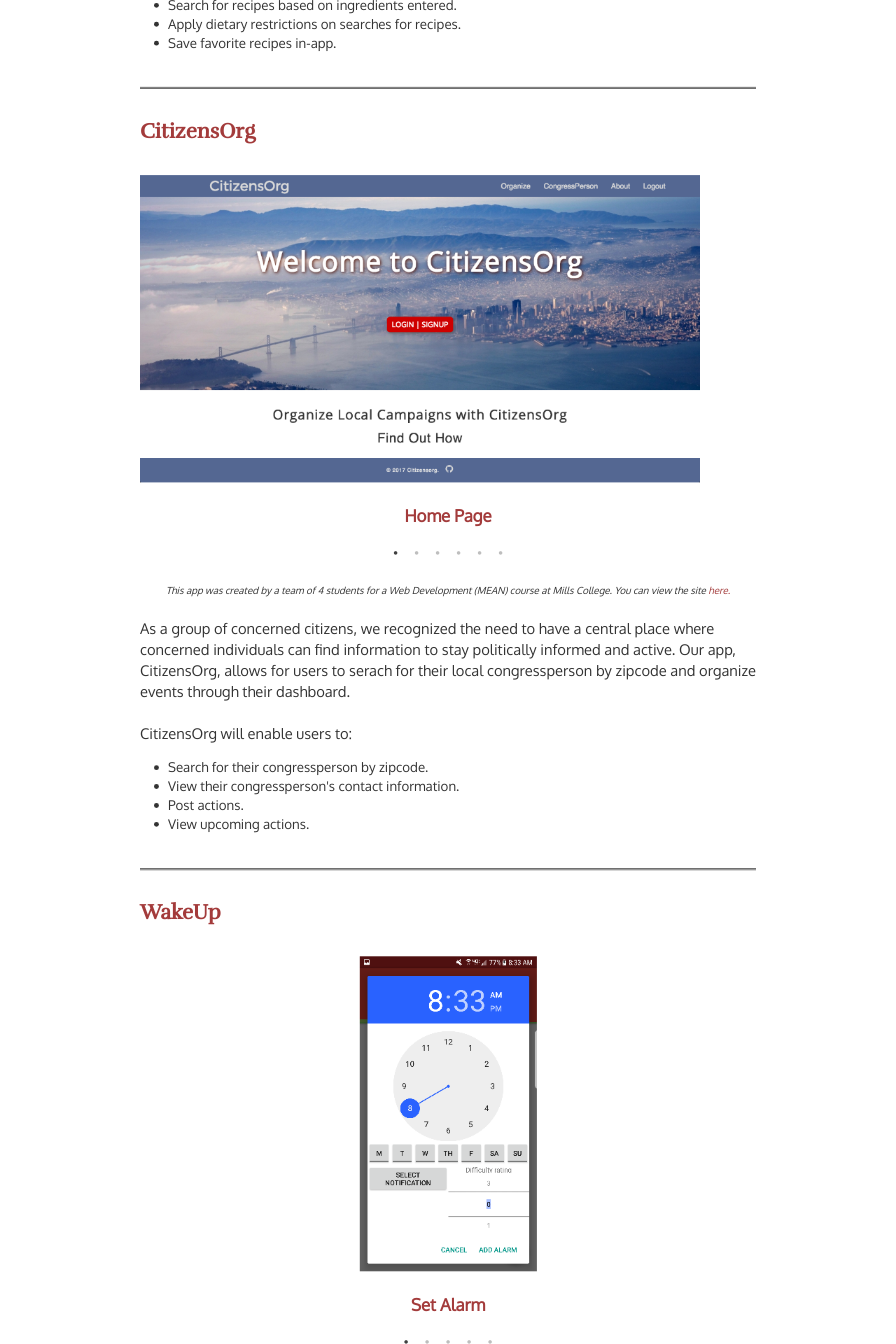
Repository: glorianetran/gloriane-web
Page: http://localhost/projects
The author's editor kept a record of every edit. The page is drawn from the files as they stood at one moment, then again after the next edit.
The browser window is 1280 px wide. The pictures show the part of the page from y = 1423 to 3343 px (the page is 3987 px tall before and 4031 px after), at 70% of full size.
Some web libraries are served in a nearby version. The page is served by the project's Node server (app.js). Other server files are loaded and not shown.

Above is the page before.

### app_server/views/projects.ejs
<!DOCTYPE html>
<html lang="en">
    <head>

        <% include partials/head.ejs %>

        <link href="/stylesheets/project.css" rel="stylesheet" type="text/css">

        <!--CSS for Slick-->
        <link href="/stylesheets/slick/slick.css" rel="stylesheet" type="text/css">
        <link href="/stylesheets/slick/slick-theme.css" rel="stylesheet" type="text/css">

        <!--Javascript for Slick-->
        <script type="text/javascript" src="/javascript/slick.min.js"></script>

        <!--Slick Slider JQuery-->
        <script>
            $(document).ready(function(){
                $('.slider').slick({
                  dots: true,
                  arrows: true
                });


                $('.slider2').slick({
                  dots: true,
                  arrows: true,
                });
            });
        </script>
	</head>

    <body>
        <% include partials/nav%>

        <div class="jumbotron">
            <h2 class="text-center rufina">Projects</h2>
            <strong><hr class="style"></strong>
        </div>

        <div class="container">
            <div class="margin">

                <!--FindEatFood-->
                <div class="container">
                    <a href="https://github.com/ruellia/FindEatFood" target="_blank" class="projects-header rufina">FindEatFood</a>
                    <br>
                    <br>
                    <br>
                    <div class="slider">
                        <div>
                            <img class="image-center" src="/images/findeatfood/home.png">
                            <h3 class="slide_caption text-center oxygen">Home Page</h3>
                        </div>

                        <div>
                            <img class="image-center" src="/images/findeatfood/recipesearch.png">
                            <h3 class="slide_caption text-center oxygen">Recipe Search Page</h3>
                        </div>

                        <div>
                            <img class="image-center" src="/images/findeatfood/dietary.png">
                            <h3 class="slide_caption text-center oxygen">Dietary Restrictions Page</h3>
                        </div>

                        <div>
                            <img class="image-center" src="/images/findeatfood/recipeslist.png">
                            <h3 class="slide_caption text-center oxygen">Recipe Search Results</h3>
                        </div>

                        <div>
                            <img class="image-center"  src="/images/findeatfood/reciperesult.png">
                            <h3 class="slide_caption text-center oxygen">Recipe Detail Page</h3>
                        </div>

                        <div>
                            <img class="image-center"  src="/images/findeatfood/favorites.png">
                            <h3 class="slide_caption text-center oxygen">Favorites Page</h3>
                        </div>
                     </div><!--end .slider-->

                    <br>
                    <div class="text-center"><h5><i class="oxygen">This app was created by a team of 5 students for
                    a Mobile App Development (Android) course at Mills College. </i></h5></div>
                    <br>
                    <div class="projects-text oxygen">
                    Everyday, thousands of pounds of food get wasted and thrown away.
                    Through wasting food, every year consumers experience a significant lost in their wages.
                    Our app, FindEatFood, allows for users to search for recipes based on ingredients they list.
                    By doing so, our app aims to limit down the amount of waste consumers produce while saving them money.
                    <br><br>
                    FindEatFood will enable users to:
                    </div>
                    <br>
                    <div class="projects-text-small oxygen">
                        <ul>
                            <li>Search for recipes based on ingredients entered.</li>
                            <li>Apply dietary restrictions on searches for recipes.</li>
                            <li>Save favorite recipes in-app.</li>
                        </ul>
                    </div>
                </div><!--end inner .container-->

                <br>
                <hr class="style-2">
                <br>

                <!--CitizensOrg-->
                <div class="container">
                    <a href="https://github.com/glorianetran/citizensorg" target="_blank" class="projects-header rufina">CitizensOrg</a>
                    <br>
                    <br>
                    <br>
                    <div class="slider2">
                        <div>
                            <img class="image-center-2" src="/images/citizensorg/home_copy.png">
                            <h3 class="slide_caption text-center oxygen">Home Page</h3>
                        </div>

                        <div>
                            <img class="image-center-2" src="/images/citizensorg/login.png">
                            <h3 class="slide_caption text-center oxygen">Signup/Login Page</h3>
                        </div>

                        <div>
                            <img class="image-center-2" src="/images/citizensorg/dashboard.png">
                            <h3 class="slide_caption text-center oxygen">Dashboard</h3>
                        </div>

                        <div>
                            <img class="image-center-2" src="/images/citizensorg/upcomingActions.png">
                            <h3 class="slide_caption text-center oxygen">Upcoming Actions Page</h3>
                        </div>

                        <div>
                            <img class="image-center-2" src="/images/citizensorg/findCongress.png">
                            <h3 class="slide_caption text-center oxygen">Congressperson Search Page</h3>
                        </div>

                        <div>
                            <img class="image-center-2" src="/images/citizensorg/congress_results.png">
                            <h3 class="slide_caption text-center oxygen">Congressperson Results Page</h3>
                        </div>
                    </div><!--end .slider-->

                    <br>
                    <div class="text-center"><h5><i class="oxygen">This app was created by a team of 4 students for
                    a Web Development (MEAN) course at Mills College. You can view the site
                    <a href="http://citizensorg.herokuapp.com/" target="_blank">here.</a></i></h5></div>
                    <br>
                    <div class="projects-text oxygen">
                    As a group of concerned citizens, we recognized the need to have a central place
                    where concerned individuals can find information to stay politically informed and active.
                    Our app, CitizensOrg, allows for users to serach for their local congressperson by zipcode and
                    organize events through their dashboard.
                    <br><br>
                    CitizensOrg will enable users to:
                    </div>
                    <br>
                    <div class="projects-text-small oxygen">
                        <ul>
                            <li>Search for their congressperson by zipcode.</li>
                            <li>View their congressperson's contact information.</li>
                            <li>Post actions.</li>
                            <li>View upcoming actions.</li>
                        </ul>
                    </div>
                </div><!--end inner .container-->

                <br>
                <hr class="style-2">
                <br>

                <!--Wake Up-->
                <div class="container">
                    <a href="https://github.com/memobelt/WakeUp" target="_blank" class="projects-header rufina">WakeUp</a>
                    <br>
                    <br>
                    <br>
                    <div class="slider">
                        <div>
                            <img class="image-center" src="/images/wakeup/alarm.png">
                            <h3 class="slide_caption text-center oxygen">Set Alarm</h3>
                        </div>

                        <div>
                            <img class="image-center" src="/images/wakeup/alarm_list.png">
                            <h3 class="slide_caption text-center oxygen">Alarm List</h3>
                        </div>

                        <div>
                            <img class="image-center" src="/images/wakeup/equation.png">
                            <h3 class="slide_caption text-center oxygen">Alarm Equation</h3>
                        </div>

                        <div>
                            <img class="image-center" src="/images/wakeup/stopwatch.png">
                            <h3 class="slide_caption text-center oxygen">Stopwatch</h3>
                        </div>

                        <div>
                            <img class="image-center" src="/images/wakeup/timer.png">
                            <h3 class="slide_caption text-center oxygen">Timer</h3>
                        </div>
                    </div><!--end .slider-->

                    <br>
                    <div class="text-center"><h5><i class="oxygen">This app was created by a team of 2 students for
                    a Mobile App Development (Android) course at Aquincum Institute of Technology (AIT) in Budapest.</i></h5></div>
                    <br>
                    <div class="projects-text oxygen">
                    Most people will set an alarm everyday but still wake up late. This is
                    partially because of the snooze option. WakeUp is alarm app that
                    turns off ONLY if you solve an equation. Our app also includes a timer and stopwatch,
                    similar to Android's native alarm app.
                    <br><br>
                    WakeUp will enable users to:
                    </div>
                    <br>
                    <div class="projects-text-small oxygen">
                        <ul>
                            <li>Set an alarm.</li>
                            <li>Set the alarm equation difficulty on a scale of 0 to 3.</li>
                            <li>Change alarm notification sounds.</li>
                            <li>Use a stopwatch with lap capabilities.</li>
                            <li>Set a timer.</li>
                        </ul>
                    </div>
                </div><!--end inner .container-->

            </div><!--end .margin -->
        </div><!--end outer .container-->
	</body>

	<% include partials/footer%>

</html>

### app_server/views/partials/head.ejs
<meta charset="utf-8">
<meta http-equiv="X-UA-Compatible" content="IE=edge">
<meta name="viewport" content="width=device-width, initial-scale=1">
<meta name="description" content="Gloriane Tran's personal website with information about her academic work and projects.">
<meta name="author" content="Gloriane Tran">

<!--jQuery-->
<script src="https://ajax.googleapis.com/ajax/libs/jquery/3.2.0/jquery.min.js"></script>

<!--Bootstrap Themes-->
<link rel="stylesheet" href="https://maxcdn.bootstrapcdn.com/bootstrap/3.3.7/css/bootstrap.min.css">
<script src="https://maxcdn.bootstrapcdn.com/bootstrap/3.3.7/js/bootstrap.min.js"></script>

<!--Icons-->
<link href="https://maxcdn.bootstrapcdn.com/font-awesome/4.7.0/css/font-awesome.min.css" rel="stylesheet">

<!--Stylesheets-->
<link href="/stylesheets/footer.css" rel="stylesheet">
<link href="/stylesheets/font.css" rel="stylesheet">
<link href="/stylesheets/nav.css" rel="stylesheet">

<!--Fonts-->
<link href="https://fonts.googleapis.com/css?family=Oxygen|Rufina" rel="stylesheet">

<!--Page Title -->
<title>Gloriane Tran | <%= title %></title>

### app_server/views/partials/nav.ejs
<nav class="navbar navbar-default navbar-fixed-top">
    <div class="container-fluid">
        <div class="navbar-header">
                <button type="button" class="navbar-toggle collapsed" data-toggle="collapse" data-target="#navbar" aria-expanded="false" aria-controls="navbar">
                <span class="icon-bar"></span>
                <span class="icon-bar"></span>
                <span class="icon-bar"></span>
            </button>
            <a class="navbar-brand rufina" href="/">Gloriane Tran</a>
        </div>

        <div class="navbar-collapse collapse" id="navbar">
            <ul class="nav navbar-nav navbar-right rufina">
                <li><a href="/">Home</a></li>
                <li><a href="/about">About</a></li>
                <li><a href="/projects">Projects</a></a></li>
            </ul>
        </div>
    </div>
</nav>

### app_server/views/partials/footer.ejs
<footer>
    <hr>
    <div class="container">
        <div class="text-center">
            <a href="https://www.linkedin.com/in/gloriane-tran-ab8592a7/" target="_blank"><i class="fa fa-linkedin-square fa-3x social"></i></a>
            <a href="https://github.com/glorianetran" target="_blank"><i class="fa fa-github-square fa-3x social"></i></a>
            <a href="mailto:glorianetran@gmail.com"><span class="glyphicon glyphicon-envelope"></span></a>
            <br>
            <br>
            <p class="rufina">Copyright © Gloriane Tran 2017</p>
        </div>
    </div>
</footer>

### app.js
var express = require('express');
var path = require('path');
var favicon = require('serve-favicon');
var logger = require('morgan');
var cookieParser = require('cookie-parser');
var bodyParser = require('body-parser');

var index = require('./app_server/routes/index');
var users = require('./app_server/routes/users');

var app = express();

// view engine setup
app.set('views', path.join(__dirname,'app_server', 'views'));
app.set('view engine', 'ejs');

// uncomment after placing your favicon in /public
//app.use(favicon(path.join(__dirname, 'public', 'favicon.ico')));
app.use(logger('dev'));
app.use(bodyParser.json());
app.use(bodyParser.urlencoded({ extended: false }));
app.use(cookieParser());
app.use(express.static(path.join(__dirname, 'public')));

app.use('/', index);
app.use('/users', users);

// catch 404 and forward to error handler
app.use(function(req, res, next) {
  var err = new Error('Not Found');
  err.status = 404;
  next(err);
});

// error handler
app.use(function(err, req, res, next) {
  // set locals, only providing error in development
  res.locals.message = err.message;
  res.locals.error = req.app.get('env') === 'development' ? err : {};

  // render the error page
  res.status(err.status || 500);
  res.render('error');
});

module.exports = app;

### app_server/controllers/main.js
/* GET home page */
module.exports.index = function(req, res) {
    res.render('index', {
        title: 'Home'
    });
};

/* GET about page. */
module.exports.about = function(req, res) {
    res.render('about', {
        title: 'About'
    });
};

/* GET projects page. */
module.exports.projects = function(req, res) {
    res.render('projects', {
        title: 'Projects'
    });
};

### public/stylesheets/footer.css
footer {
    width: 100%;
    height: 100px;
}


/*Social Media Links*/

.fa-3x {
    font-size: 3em;
    color: #A33B3B;
    margin: auto 5px;
}

.fa-3x:hover {
    color: #333333;
}


/*Link color*/

a {
    color: #A33B3B;
}

a:hover {
    color: #333333;
}

a:focus {
    color: #A33B3B;
}


/*Email Icon*/

span.glyphicon-envelope {
    font-size: 2.5em;
    margin: auto 5px;
}

.glyphicon {
    top: 3px;
}

### public/stylesheets/font.css
.rufina{
    font-family: 'Rufina', serif;
}

.oxygen{
    font-family: 'Oxygen', sans-serif;
}

### public/stylesheets/nav.css
.navbar-default .navbar-brand {
    color: #A33B3B;
    font-size: 18px;
}

.navbar-default .navbar-brand:hover,
.navbar-default .navbar-brand:focus {
    color: #2C2B2B;
}

.navbar-default .navbar-nav>li>a {
    color: #A33B3B;
    font-size: 16px;
}

.navbar-default {
    background-color: RGBA(255, 255, 255, .5);
    border-color: #E7E7E7;
}

.icon-bar {
    background-color: #A33B3B !important;
}

### public/stylesheets/project.css
hr.style {
    border-top: 3px double #000000;
    width: 350px;
    border-color: #A33B3B;
}

hr.style-2 {
    border-top: 3px double #000000;
    width: 100%;
    border-color: #333333;
    text-align: left;
}

.button {
    border-radius: 0px;
    color: #333333;
    font-size: 15px;
    font-weight: 500;
    background: RGBA(255, 255, 255, .2);
    padding: 10px 20px 10px 20px;
    border: solid #333333 2px;
    outline: none !important;
}

.button:hover {
    background: #A33B3B;
    text-decoration: none;
    color: #333333;
}

.jumbotron {
    margin-bottom: 0px;
    padding: 9% 0;
    width: 100%;
    background-image: url("/images/projects.jpg");
    background-size: 100% 100%;
    background-position: 0 0;
    height: 400px;
}

.container {
    width: 100%;
    padding: 0px;
}

.margin {
    margin: 90px 200px;
}

.projects-text {
    font-size: 21px;
}

.projects-text-small {
    font-size: 19px;
}

.projects-header {
    font-weight: bold;
    font-size: 30px;
}


/*slider*/

.slick-prev:before,
.slick-next:before {
    font-family: "Glyphicons Halflings", "slick", sans-serif;
    font-size: 40px;
}

.slick-prev:before {
    content: "\e257";
    color: #333;
}

.slick-next:before {
    content: "\e258";
    color: #333;
}

.slick-prev:after {
    content: "\e257";
    color: #333;
}

.slick-next:after {
    content: "\e258";
    color: #333;
}

.image-center {
    margin: auto;
}

.slide_caption {
    font-weight: bold;
    color: #A33B3B;
    /*background: RGBA(170, 18, 18, .8);*/
    padding: 15px;
}

.slick-dots li button:before {
    font-size: 20px;
    line-height: 20px;
    color: #333333;
}

.slick-dots li button:after {
    font-size: 20px;
    line-height: 20px;
    color: #A33B3B;
}

.slick-dots li.slick-active button:before {
    color: #A33B3B;
}

.slider {
    margin: 0;
}

.slider .slide {
    width: 100%;
    height: 100%;
}


/*Responsive*/

@media (max-width: 1260px) {
    html,
    body {
        width: auto !important;
        overflow-x: hidden !important;
    }
    .slick-prev:before,
    .slick-next:before {
        font-size: 25px;
    }
    .margin {
        margin: 40px 60px;
    }
    .jumbotron {
        padding: 14% 0;
    }
    .button {
        background: #A33B3B;
    }
    .button:hover {
        background: #333333;
        color: #A33B3B;
    }
}

@media (max-width: 970px) {
    html,
    body {
        width: auto !important;
        overflow-x: hidden !important;
    }
    .slick-prev:before,
    .slick-next:before {
        font-size: 0px;
    }
    .margin {
        margin: 30px 30px;
    }
    .jumbotron {
        padding: 18% 0px;
        width: 100%;
    }
    .button {
        background: #A33B3B;
    }
    .button:hover {
        background: #333333;
        color: #A33B3B;
    }
}

@media (max-width: 480px) {
    html,
    body {
        width: auto !important;
        overflow-x: hidden !important;
    }
    .slick-prev:before,
    .slick-next:before {
        font-size: 0px;
    }
    hr.style {
        width: 300px;
    }
    .margin {
        margin: 30px 30px;
    }
    .jumbotron {
        padding: 26% 0;
    }
    .button {
        background: #A33B3B;
    }
    .button:hover {
        background: #333333;
        color: #A33B3B;
    }
}

Loaded but not shown: public/stylesheets/slick/slick.css (common file); public/stylesheets/slick/slick-theme.css (library); public/javascript/slick.min.js (library)

After the next edit:
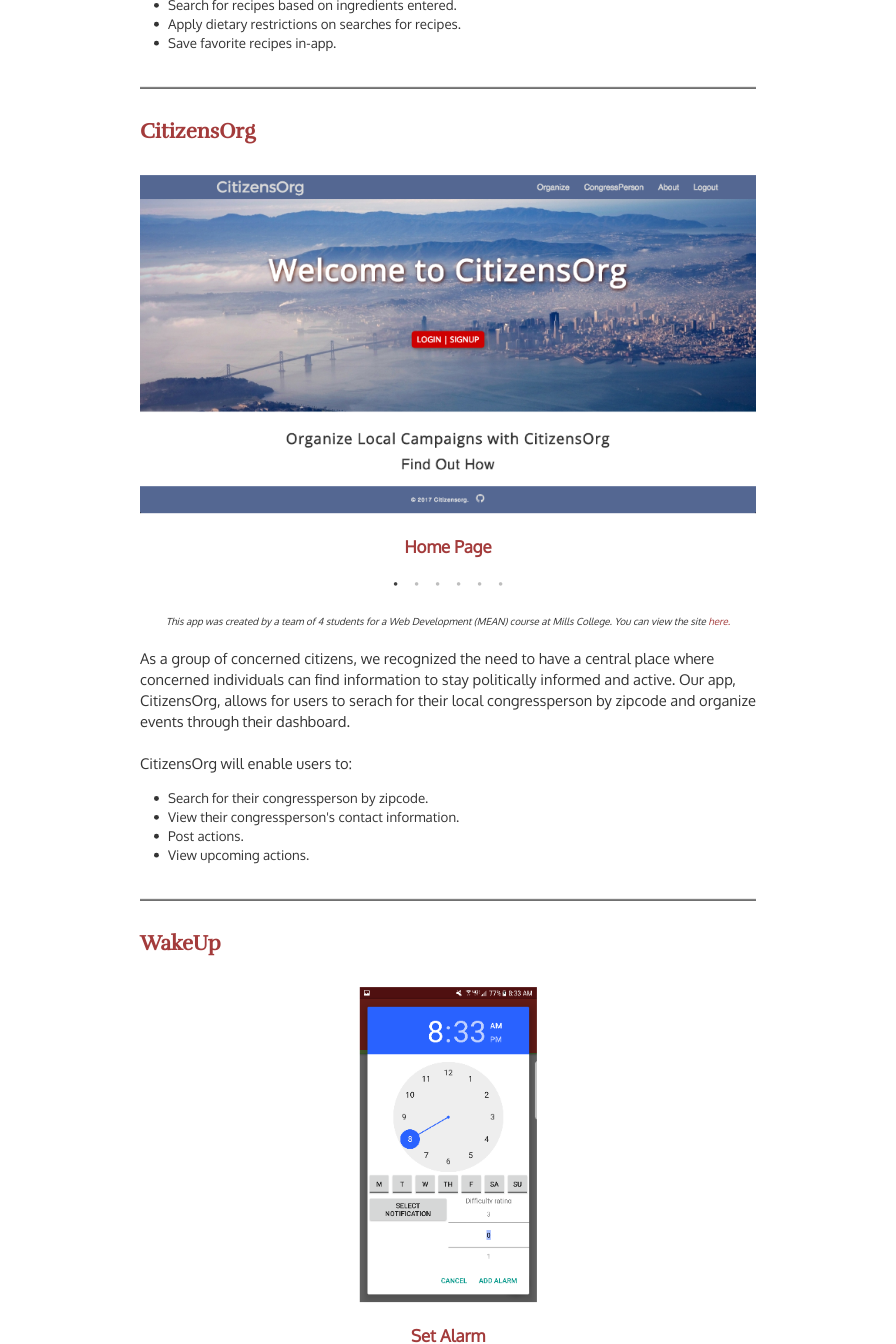
The edit:
--- a/public/stylesheets/project.css
+++ b/public/stylesheets/project.css
@@ -93,6 +93,11 @@
     margin: auto;
 }
 
+.image-center-2{
+    margin: auto;
+    width: 100%;
+}
+
 .slide_caption {
     font-weight: bold;
     color: #A33B3B;
